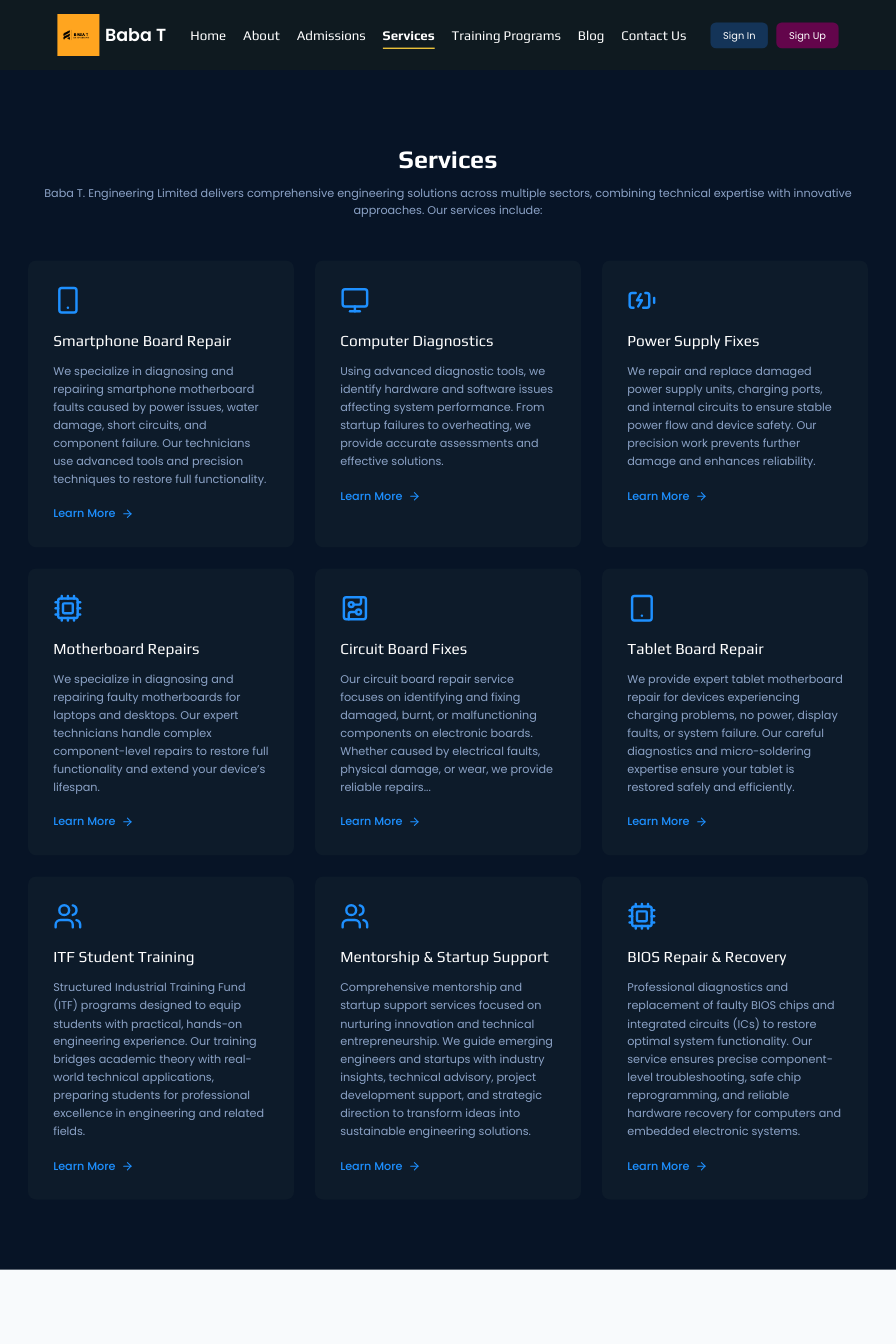
Repository: KC-Minchakpu/babatunde
Page: /services
The author's editor kept a copy of each file at every save. The page is drawn from the files as they stood at one save, then again after the next save.
The browser window is 1280 px wide. The pictures show the part of the page from y = 0 to 1920 px (the page is 3037 px tall before and 3085 px after), at 70% of full size.
The project was rebuilt for these pictures with package versions that can differ from the ones it lists, and the page was loaded fresh each time. The framework's server and built-in components were replaced by stand-ins that run in the browser. Also part of the build but not shown: next.config.ts.

Above is the page before, as saved 2026-02-23 16:08:55.

### src/app/layout.tsx
import type { Metadata } from "next";
import { Play, Poppins } from "next/font/google";
import "./globals.css";
import Header from "@/components/Header/Header";
import Footer from "@/components/Footer/Footer";

const play = Play({
  variable: "--font-play",
  subsets: ["latin"],
  weight: ["400", "700"],
});

const poppins = Poppins({
  variable: "--font-poppins",
  subsets: ["latin"],
  weight: ["400", "500", "600", "700"],
});

export const metadata: Metadata = {
  title: "Baba T Engineering",
  description: "Official web app of Baba T Engineering, a leading engineering company specializing in innovative solutions and cutting-edge technology.",
};

export default function RootLayout({
  children,
}: Readonly<{
  children: React.ReactNode;
}>) {
  return (
    <html lang="en">
      <body
        className={`${play.variable} ${poppins.variable} antialiased`}
      >
        <Header />
        {children}
        <Footer />
      </body>
    </html>
  );
}

### src/app/services/page.tsx
import HowWeWork from "@/components/Services/HowWeWork";
import Services from "@/components/Services/Services";

export default function ServicesPage() {
  return (
    <>
    <Services />
    <HowWeWork />
    </>
  );
}

### src/app/globals.css
@import "tailwindcss";

:root {
  --background: #f2fafa;
  --foreground: #1f1e1e;
}

body {
  background: var(--background);
  color: var(--foreground);
  font-family: var(--font-poppins);
}

h1, h2, h3, h4, h5, h6 {
  font-family: var(--font-play);
}

h1 {
  color: red;
  font-size: 35px;
}

### src/components/Header/Header.tsx
"use client";

import Link from "next/link";
import Image from "next/image";
import styles from "./Header.module.css";
import { useState } from "react";
import { usePathname } from "next/navigation";

const Header = () => {
  const [isOpen, setIsOpen] = useState(false);
  const pathname = usePathname();

  const isActive = (path: string) => pathname === path;
  const isAboutActive = () => pathname.startsWith("/about");

  return (
    <header className={styles.header}>
      <div className={styles.container}>
        {/* Logo */}
        <div className={styles.logo}>
          <Link href="/">
            <Image
              src="/images/logo23.png"
              alt="Baba T Logo"
              width={60}
              height={60}
            />
          </Link>
          <span className={styles.logoText}>Baba T</span>
        </div>

        {/* Navigation */}
        <nav className={styles.nav}>
          <Link
            href="/"
            className={isActive("/") ? styles.active : ""}
          >
            Home
          </Link>

          <div
            className={styles.dropdown}
            onMouseEnter={() => setIsOpen(true)}
            onMouseLeave={() => setIsOpen(false)}
          >
            <Link
              href="/about"
              className={`${styles.dropdownToggle} ${
                isAboutActive() ? styles.active : ""
              }`}
            >
              About
            </Link>

            {isOpen && (
              <div className={styles.dropdownMenu}>
                <Link href="/about/history" className={isActive("/about/history") ? styles.active : ""}>
                  Our History
                </Link>
                <Link
                  href="/about/team"
                  className={
                    isActive("/about/team") ? styles.active : ""
                  }
                >
                  Our Team
                </Link>
                <Link href="/about/mission" className={isActive("/about/mission") ? styles.active : ""}>
                  Mission & Vision
                </Link>
                <Link href="/about/values" className={isActive("/about/values") ? styles.active : ""}>
                  Core Values
                </Link>
                <Link href="/about/trainings" className={isActive("/about/trainings") ? styles.active : ""}>
                  Trainings
                </Link>
              </div>
            )}
          </div>

          <Link
            href="/admissions"
            className={
              isActive("/admissions") ? styles.active : ""
            }
          >
            Admissions
          </Link>

          <Link
            href="/services"
            className={isActive("/services") ? styles.active : ""}
          >
            Services
          </Link>

          <Link
            href="/training-programs"
            className={
              isActive("/training-programs") ? styles.active : ""
            }
          >
            Training Programs
          </Link>

          <Link
            href="/blog"
            className={isActive("/blog") ? styles.active : ""}
          >
            Blog
          </Link>

          <Link
            href="/contact"
            className={isActive("/contact") ? styles.active : ""}
          >
            Contact Us
          </Link>
        </nav>

        {/* Auth Buttons */}
        <div className={styles.actions}>
          <button className={styles.signIn}>Sign In</button>
          <button className={styles.signUp}>Sign Up</button>
        </div>
      </div>
    </header>
  );
};

export default Header;

### src/components/Footer/Footer.tsx
"use client";

import Image from "next/image";
import styles from "./Footer.module.css";
import {
  FaXTwitter,
  FaLinkedinIn,
  FaYoutube,
  FaInstagram
} from "react-icons/fa6";

export default function Footer() {
  return (
    <footer className={styles.footer}>
      <div className={styles.container}>
        <div className={styles.topSection}>

          {/* LEFT BRAND AREA */}
          <div className={styles.brand}>
            <div className={styles.logo}>
              <Image
                src="/images/logo23.png"
                alt="Baba T Logo"
                width={50}
                height={50}
              />
              <span>Baba T. Engineering</span>
            </div>

            <p>
              Forge Your Future. Transform your Devices with expert-led services
              trusted by 100,000+ Clients worldwide.
            </p>

            {/* SOCIAL ICONS */}
            <div className={styles.socials}>
              <a href="#" aria-label="Twitter">
                <FaXTwitter />
              </a>
              <a href="#" aria-label="LinkedIn">
                <FaLinkedinIn />
              </a>
              <a href="#" aria-label="YouTube">
                <FaYoutube />
              </a>
              <a href="#" aria-label="Instagram">
                <FaInstagram />
              </a>
            </div>
          </div>

          {/* LINKS GRID */}
          <div className={styles.linksGrid}>
            <div>
              <h4>CATEGORIES</h4>
              <a>Software</a>
              <a>Hardware</a>
              <a>Circuit</a>
              <a>Computer Repairs</a>
              <a>MacBook Repairs</a>
            </div>

            <div>
              <h4>COMPANY</h4>
              <a>About Us</a>
              <a>Trainings</a>
              <a>Become a Student</a>
              <a>Blog</a>
              <a>Contact</a>
            </div>

            <div>
              <h4>SUPPORT</h4>
              <a>Help Center</a>
              <a>FAQ</a>
              <a>Accessibility</a>
              <a>Sitemap</a>
            </div>

            <div>
              <h4>LEGAL</h4>
              <a>Terms of Service</a>
              <a>Privacy Policy</a>
              <a>Cookie Policy</a>
              <a>Licenses</a>
            </div>
          </div>
        </div>

        <div className={styles.divider}></div>

        <div className={styles.bottomBar}>
          <p>© 2026 Baba T Engineering. All rights reserved.</p>
          <p>Designed & Developed by Kevin Cross Minchakpu</p>

          <div className={styles.bottomLinks}>
            <a>Terms</a>
            <a>Privacy</a>
            <a>Cookies</a>
          </div>
        </div>
      </div>
    </footer>
  );
}

### src/components/Services/HowWeWork.tsx
import styles from "./HowWeWork.module.css";

export default function HowWeWork() {
  return (
    <section className={styles.section}>
      <div className={styles.container}>
        <div className={styles.header}>
          <h2>How We Work</h2>
          <p>
            At Baba T Engineering, we follow a professional, transparent,
            and efficient process to repair devices and train future engineers
            using industry-standard tools and methods.
          </p>

        </div>
        <div className={styles.grid}>
          <div className={styles.card}>
            <span className={styles.number}>01</span>
            <h3>Device Inspection & Consultation</h3>
            <p>
              We carefully examine your device to identify the fault and
              provide expert advice, repair options, and cost estimates.
            </p>

          </div>
          <div className={styles.card}>
            <span className={styles.number}>02</span>
            <h3>Diagnosis & Repair Planning</h3>
            <p>
              Our engineers perform detailed diagnostics and create a repair
              plan using professional tools and genuine components.
            </p>

          </div>
          <div className={styles.card}>
            <span className={styles.number}>03</span>
            <h3>Professional Repair & Testing</h3>
            <p>
              We repair your smartphone, laptop, or electronic device and
              conduct full testing to ensure everything works perfectly.
            </p>
          </div>
          <div className={styles.card}>
            <span className={styles.number}>04</span>
            <h3>Delivery & Customer Support</h3>
            <p>
              Your repaired device is safely returned, and we provide guidance
              and ongoing support to ensure long-term performance.
            </p>
          </div>
        </div>
      </div>
    </section>
  );
}

### src/components/Services/Services.tsx
"use client";

import styles from "./Services.module.css";
import {
  Smartphone,
  Monitor,
  BatteryCharging,
  Cpu,
  CircuitBoard,
  Tablet,
  ArrowRight,
  Users,
} from "lucide-react";

const services = [
  {
    title: "Smartphone Board Repair",
    description:
      "We specialize in diagnosing and repairing smartphone motherboard faults caused by power issues, water damage, short circuits, and component failure. Our technicians use advanced tools and precision techniques to restore full functionality.",
    icon: Smartphone,
  },
  {
    title: "Computer Diagnostics",
    description:
      "Using advanced diagnostic tools, we identify hardware and software issues affecting system performance. From startup failures to overheating, we provide accurate assessments and effective solutions.",
    icon: Monitor,
  },
  {
    title: "Power Supply Fixes",
    description:
      "We repair and replace damaged power supply units, charging ports, and internal circuits to ensure stable power flow and device safety. Our precision work prevents further damage and enhances reliability.",
    icon: BatteryCharging,
  },
  {
    title: "Motherboard Repairs",
    description:
      "We specialize in diagnosing and repairing faulty motherboards for laptops and desktops. Our expert technicians handle complex component-level repairs to restore full functionality and extend your device’s lifespan.",
    icon: Cpu,
  },
  {
    title: "Circuit Board Fixes",
    description:
      "Our circuit board repair service focuses on identifying and fixing damaged, burnt, or malfunctioning components on electronic boards. Whether caused by electrical faults, physical damage, or wear, we provide reliable repairs...",
    icon: CircuitBoard,
  },
  {
    title: "Tablet Board Repair",
    description:
      "We provide expert tablet motherboard repair for devices experiencing charging problems, no power, display faults, or system failure. Our careful diagnostics and micro-soldering expertise ensure your tablet is restored safely and efficiently.",
    icon: Tablet,
  },
  {
    title: "ITF Student Training",
    description:
      "Structured Industrial Training Fund (ITF) programs designed to equip students with practical, hands-on engineering experience. Our training bridges academic theory with real-world technical applications, preparing students for professional excellence in engineering and related fields. ",
    icon: Users,
  },
  {
    title: "Mentorship & Startup Support",
    description:
      "Comprehensive mentorship and startup support services focused on nurturing innovation and technical entrepreneurship. We guide emerging engineers and startups with industry insights, technical advisory, project development support, and strategic direction to transform ideas into sustainable engineering solutions.",
    icon: Users,
  },
  {
    title: "BIOS Repair & Recovery",
    description:
      "Professional diagnostics and replacement of faulty BIOS chips and integrated circuits (ICs) to restore optimal system functionality. Our service ensures precise component-level troubleshooting, safe chip reprogramming, and reliable hardware recovery for computers and embedded electronic systems.",
    icon: Cpu,
  },
];

export default function Services() {
  return (
    <section className={styles.services}>
      <div className={styles.container}>
        <h2 className={styles.title}>Services</h2>

        <p className={styles.subtitle}>
         Baba T. Engineering Limited delivers comprehensive engineering solutions across multiple sectors, combining technical expertise with innovative approaches. Our services include:
        </p>

        <div className={styles.grid}>
          {services.map((service, index) => {
            const Icon = service.icon;

            return (
              <div key={index} className={styles.card}>
                <Icon className={styles.icon} size={42} />

                <h3>{service.title}</h3>

                <p>{service.description}</p>

                <a href="#" className={styles.link}>
                  Learn More <ArrowRight size={18} />
                </a>
              </div>
            );
          })}
        </div>
      </div>
    </section>
  );
}

### src/components/Header/Header.module.css
.header {
  width: 100%;
  height: 100px;
  background: #0F1A20;
  padding: 20px;
  position: sticky;
  top: 0;
  z-index: 1000;
}

.container {
  width: 90%;
  margin: 0 auto;
  display: flex;
  align-items: center;
  justify-content: space-between;
}

/* Logo */
.logo {
  display: flex;
  align-items: center;
  gap: 8px;
  cursor: pointer;
}

.logoCircle {
  width: 40px;
  height: 40px;
  border-radius: 50%;
  background: linear-gradient(135deg, #8e2de2, #4a00e0);
  display: flex;
  align-items: center;
  justify-content: center;
  color: white;
  font-weight: bold;
}

.logoText {
  font-size: 25px;
  font-weight: 600;
  color: #ffffff;
  font-family: "Poppins", sans-serif;
}

/* Nav */
.nav {
  display: flex;
  align-items: center;
  gap: 24px;
  font-family: 'Play', sans-serif;

}

.nav a,
.dropdownToggle {
  color: #ffffff;
  text-decoration: none;
  font-size: 19px;
  cursor: pointer;
  position: relative;
  transition: color 0.3s ease;
}

.nav a:hover,
.dropdownToggle:hover {
  color: #FFD23F;
}

/* Dropdown */
.dropdown {
  position: relative;
}

.dropdownMenu {
  position: absolute;
  width: 250px;
  top: 35px;
  left: 0;
  background: #0F1A20;
  border-radius: 8px;
  padding: 10px 0;
  min-width: 180px;
  box-shadow: 0 10px 25px rgba(0, 0, 0, 0.15);
  display: flex;
  flex-direction: column;
}

.dropdownMenu a {
  padding: 10px 16px;
  color: #ffffff;
  font-size: 19px;
  text-decoration: none;
  transition: background 0.2s ease;
}

.dropdownMenu a:hover {
  color: #FFD23F;
}

/* Buttons */
.actions {
  display: flex;
  gap: 12px;
}

.signIn {
  padding: 8px 18px;
  border-radius: 8px;
  border: none;
  cursor: pointer;
  color: white;
  background: #143458;
  font-size: 14px;
}

.signUp {
  padding: 8px 18px;
  border-radius: 8px;
  border: none;
  cursor: pointer;
  color: white;
  background: #63054b;
  font-size: 14px;
}

/* Responsive */
@media (max-width: 1024px) {
  .nav {
    display: none;
  }
}

.active {
  color: #f1b32b;
  font-weight: 600;
  position: relative;
}

.active::after {
  content: "";
  position: absolute;
  left: 0;
  bottom: -6px;
  width: 100%;
  height: 2px;
  background-color: #e9c03a;
}

### src/components/Footer/Footer.module.css
.footer {
  background: linear-gradient(
    180deg,
    #0a0a0a,
    #111111
  );
  color: #e5e7eb;
  padding: 90px 0 30px;
}

.container {
  max-width: 1200px;
  margin: 0 auto;
  padding: 0 20px;
}

/* TOP SECTION */
.topSection {
  display: flex;
  justify-content: space-between;
  gap: 60px;
}

/* BRAND */
.brand {
  flex: 1.3;
}

.logo {
  display: flex;
  align-items: center;
  gap: 12px;
  font-weight: 600;
  font-size: 20px;
  margin-bottom: 20px;
}

.logoBox {
  width: 34px;
  height: 34px;
  border-radius: 10px;
  background: linear-gradient(135deg, #14b8a6, #f97316);
}

.brand p {
  color: #9ca3af;
  line-height: 1.6;
  margin-bottom: 24px;
  max-width: 350px;
}

/* =========================
   SOCIAL ICONS
========================= */
.socials {
  display: flex;
  gap: 15px;
  margin-top: 20px;
}

.socials a {
  width: 40px;
  height: 40px;
  background: #121c3b;
  border-radius: 50%;
  display: flex;
  align-items: center;
  justify-content: center;
  color: #ffffff;
  font-size: 16px;
  transition: all 0.3s ease;
}

.socials a:hover {
  background: #f8af28;
  transform: translateY(-4px);
}


/* LINKS GRID */
.linksGrid {
  flex: 2;
  display: grid;
  grid-template-columns: repeat(4, 1fr);
  gap: 40px;
}

.linksGrid h4 {
  font-size: 12px;
  letter-spacing: 1px;
  margin-bottom: 16px;
  color: #ffffff;
}

.linksGrid a {
  display: block;
  font-size: 14px;
  color: #9ca3af;
  margin-bottom: 10px;
  cursor: pointer;
  transition: color 0.3s ease;
}

.linksGrid a:hover {
  color: #ffffff;
}

/* DIVIDER */
.divider {
  height: 1px;
  background: rgba(255, 255, 255, 0.08);
  margin: 60px 0 25px;
}

/* BOTTOM BAR */
.bottomBar {
  display: flex;
  justify-content: space-between;
  align-items: center;
  font-size: 14px;
  color: #9ca3af;
}

.bottomLinks {
  display: flex;
  gap: 24px;
}

.bottomLinks a {
  cursor: pointer;
  transition: color 0.3s ease;
}

.bottomLinks a:hover {
  color: white;
}

/* RESPONSIVE */
@media (max-width: 1024px) {
  .topSection {
    flex-direction: column;
    gap: 50px;
  }

  .linksGrid {
    grid-template-columns: repeat(2, 1fr);
  }

  .bottomBar {
    flex-direction: column;
    gap: 15px;
    text-align: center;
  }
}

@media (max-width: 600px) {
  .linksGrid {
    grid-template-columns: 1fr;
  }
}

### src/components/Services/HowWeWork.module.css
.section {
padding: 100px 20px;
background: #f8fafc;

}


.container {
max-width: 1200px;
margin: auto;

}


.header {
text-align: center;
margin-bottom: 60px;
}


.header h2 {
font-size: 40px;
font-weight: bold;
color: #0f172a;
margin-bottom: 15px;
}


.header p {
color: #505252;
font-size: 1rem;
max-width: 600px;
margin: auto;
}



.grid {
display: grid;
grid-template-columns: repeat(auto-fit, minmax(280px, 1fr));
gap: 15px;
}

.card {
background: #071426;
padding: 40px;
border-radius: 12px;
box-shadow: 0 5px 20px rgba(0,0,0,0.08);
transition: 0.3s;
}


.card:hover {
transform: translateY(-8px);
}


.number {
font-size: 40px;
font-weight: bold;
color: #f7bd1f;
display: block;
margin-bottom: 15px;
}


.card h3 {
font-size: 20px;
margin-bottom: 10px;
color: #f8fafc;
}


.card p {
color: #babdc0;
line-height: 1.6;
}

### src/components/Services/Services.module.css
.services {
  background: #071426;
  padding: 100px 20px;
  color: white;
}

.container {
  max-width: 1200px;
  margin: auto;
  text-align: center;
}

.title {
  font-size: 36px;
  font-weight: 700;
  margin-bottom: 10px;
}

.subtitle {
  color: #8ca3c7;
  margin-bottom: 60px;
}

.grid {
  display: grid;
  grid-template-columns: repeat(auto-fit, minmax(320px, 1fr));
  gap: 30px;
}

.card {
  background: #0d1b2a;
  padding: 35px;
  border-radius: 12px;
  text-align: left;

  transition: all 0.3s ease;

  border: 1px solid transparent;
}

.card:hover {
  transform: translateY(-8px);
  border-color: #1e90ff;
}

.icon {
  color: #1e90ff;
  margin-bottom: 20px;

}

.card h3 {
  margin-bottom: 15px;
  font-size: 22px;
}

.card p {
  color: #8ca3c7;
  margin-bottom: 25px;
  line-height: 1.6;
}

.link {
  display: inline-flex;
  align-items: center;
  gap: 8px;

  color: #1e90ff;
  text-decoration: none;
  font-weight: 500;
}

.link:hover {
  text-decoration: underline;
}

After the next save:
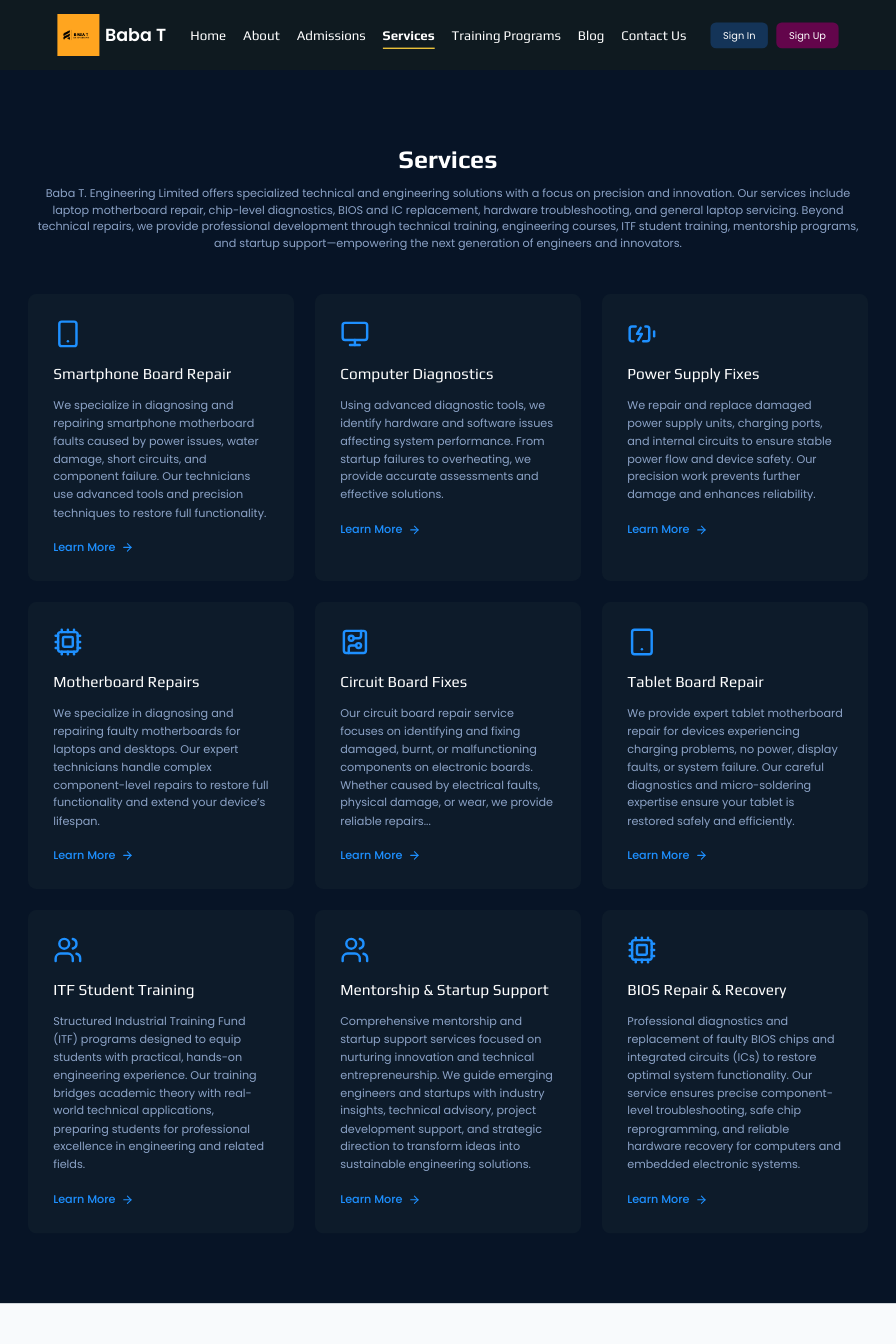
Saved 4 min 9 s later.
--- a/src/components/Services/Services.tsx
+++ b/src/components/Services/Services.tsx
@@ -76,7 +76,7 @@
         <h2 className={styles.title}>Services</h2>
 
         <p className={styles.subtitle}>
-         Baba T. Engineering Limited delivers comprehensive engineering solutions across multiple sectors, combining technical expertise with innovative approaches. Our services include:
+         Baba T. Engineering Limited offers specialized technical and engineering solutions with a focus on precision and innovation. Our services include laptop motherboard repair, chip-level diagnostics, BIOS and IC replacement, hardware troubleshooting, and general laptop servicing. Beyond technical repairs, we provide professional development through technical training, engineering courses, ITF student training, mentorship programs, and startup support—empowering the next generation of engineers and innovators.
         </p>
 
         <div className={styles.grid}>
